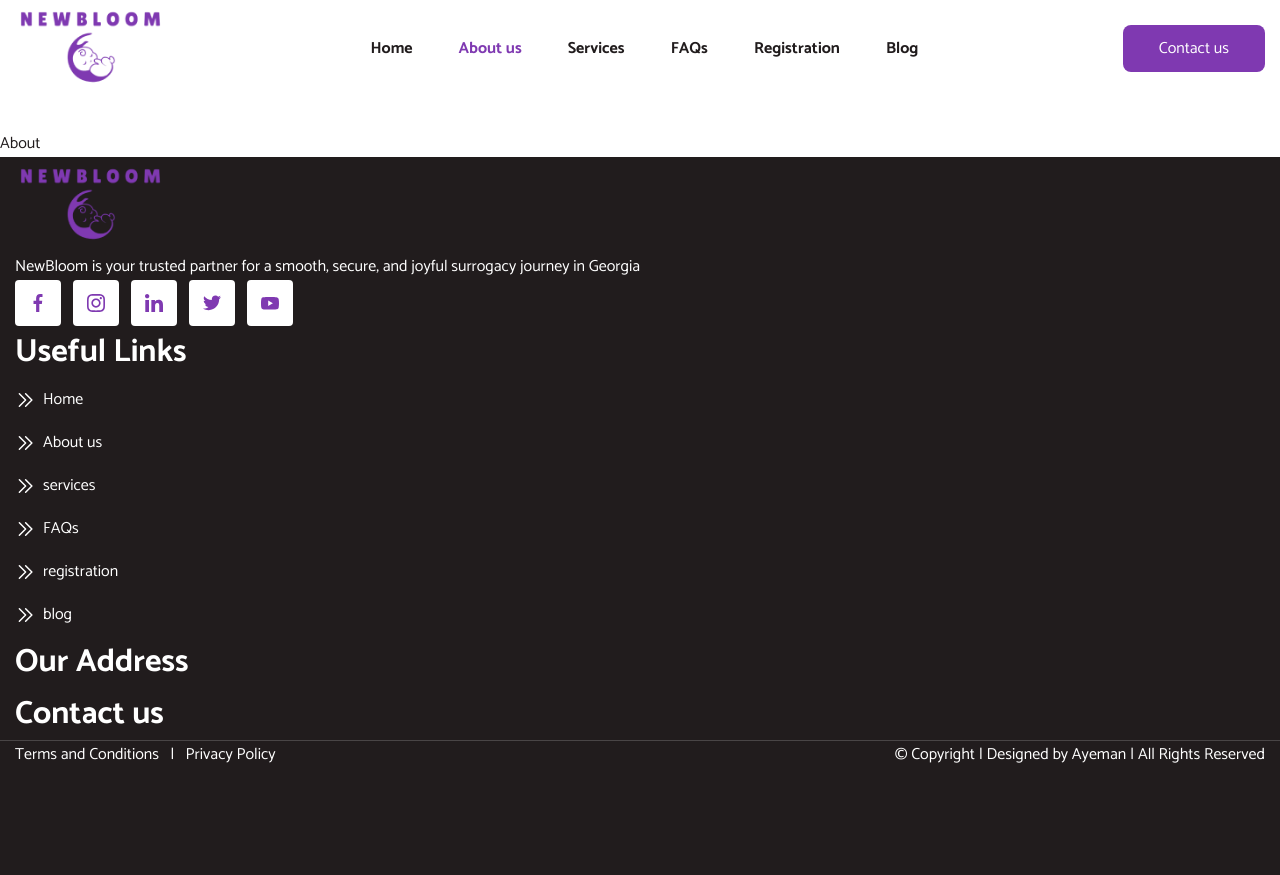
Repository: LenarTulupov/bloom
Page: /about
An editor plug-in stored every save of this project. The page is shown before and after a run of saves, followed by the edit.
The browser window is 1280 px wide. The pictures show the whole page.
The project was rebuilt for these pictures with package versions that can differ from the ones it lists, and the page was loaded fresh each time. The framework's server and built-in components were replaced by stand-ins that run in the browser. Also part of the build but not shown: next.config.ts.

Above is the page before, as saved 2024-12-28 10:41:07.

After the next 5 saves:
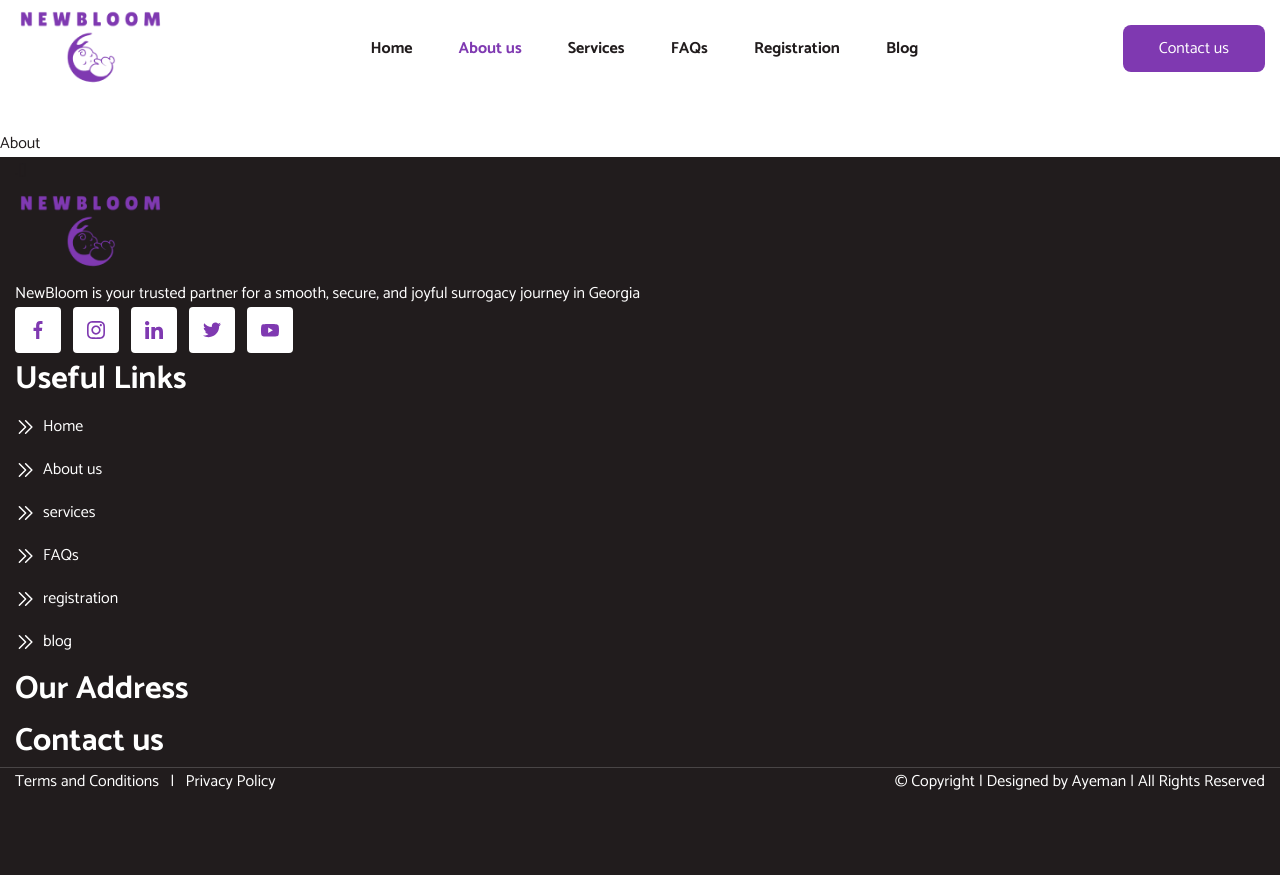
The 5 saves are shown as one change because they came seconds apart.
The last was saved 4 min 22 s later.
--- a/src/components/ui/footer/footer.tsx
+++ b/src/components/ui/footer/footer.tsx
@@ -11,6 +11,7 @@ export default function Footer() {
   return (
     <footer className={styles.footer}>
       <Container>
+        .[]
         <FooterCompany />
         <FooterLinks />
         <FooterAddress />
